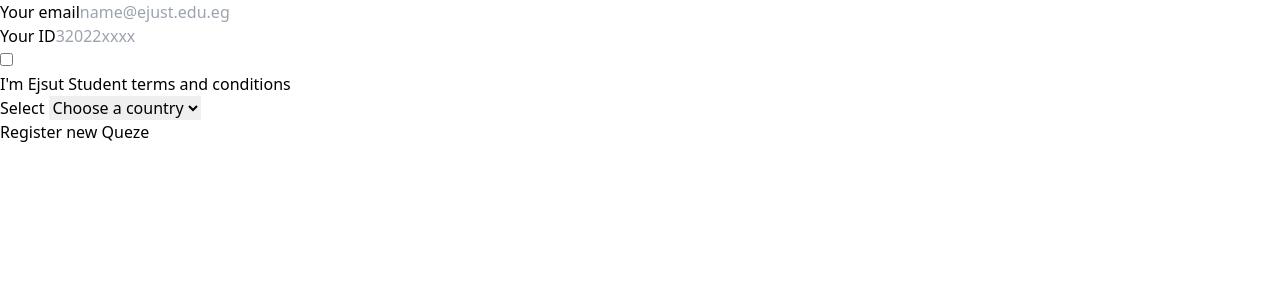
Repository: AbdalrahmanEldeep/FIBOTIC
Page: /
These files come from the project's save history. The page is drawn as it stood at one moment and after the next save; the edit follows.
The browser window is 1280 px wide. The pictures show the whole page.
The project was rebuilt for these pictures with package versions that can differ from the ones it lists, and the page was loaded fresh each time. Also part of the build but not shown: vite.config.js, src/pages/protecter.jsx, src/pages/exame.jsx.

Above is the page before, as saved 2023-01-06 22:34:33.

After the next save:
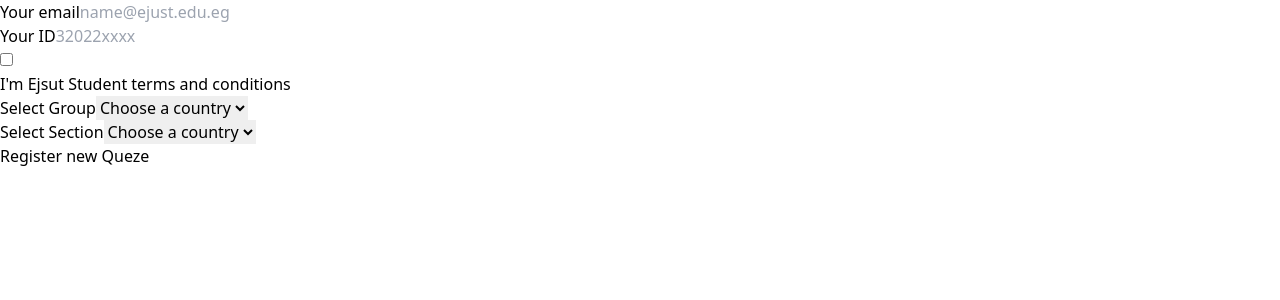
Saved 59 s later.
--- a/src/components/Form.jsx
+++ b/src/components/Form.jsx
@@ -19,7 +19,17 @@ export const Form = () => {
                 <label htmlFor="terms" className="ml-2 text-sm font-medium text-gray-900 dark:text-gray-300">I'm Ejsut Student  <a href="#" className="text-blue-600 hover:underline dark:text-blue-500">terms and conditions</a></label>
             </div>
             <div className="flex flex-col gap-2 items-start mb-6">
-                <label for="countries" class="block mb-2 text-sm font-medium text-gray-900 dark:text-white">Select </label>
+                <label for="countries" class="block mb-2 text-sm font-medium text-gray-900 dark:text-white">Select Group</label>
+                <select id="countries" class="bg-gray-50 border border-gray-300 text-gray-900 text-sm rounded focus:ring-blue-500 focus:border-blue-500 block w-full p-2.5 dark:bg-gray-700 dark:border-gray-600 dark:placeholder-gray-400 dark:text-white dark:focus:ring-blue-500 dark:focus:border-blue-500">
+                    <option selected>Choose a country</option>
+                    <option value="US">United States</option>
+                    <option value="CA">Canada</option>
+                    <option value="FR">France</option>
+                    <option value="DE">Germany</option>
+                </select>
+            </div>
+            <div className="flex flex-col gap-2 items-start mb-6">
+                <label for="countries" class="block mb-2 text-sm font-medium text-gray-900 dark:text-white">Select Section</label>
                 <select id="countries" class="bg-gray-50 border border-gray-300 text-gray-900 text-sm rounded focus:ring-blue-500 focus:border-blue-500 block w-full p-2.5 dark:bg-gray-700 dark:border-gray-600 dark:placeholder-gray-400 dark:text-white dark:focus:ring-blue-500 dark:focus:border-blue-500">
                     <option selected>Choose a country</option>
                     <option value="US">United States</option>
